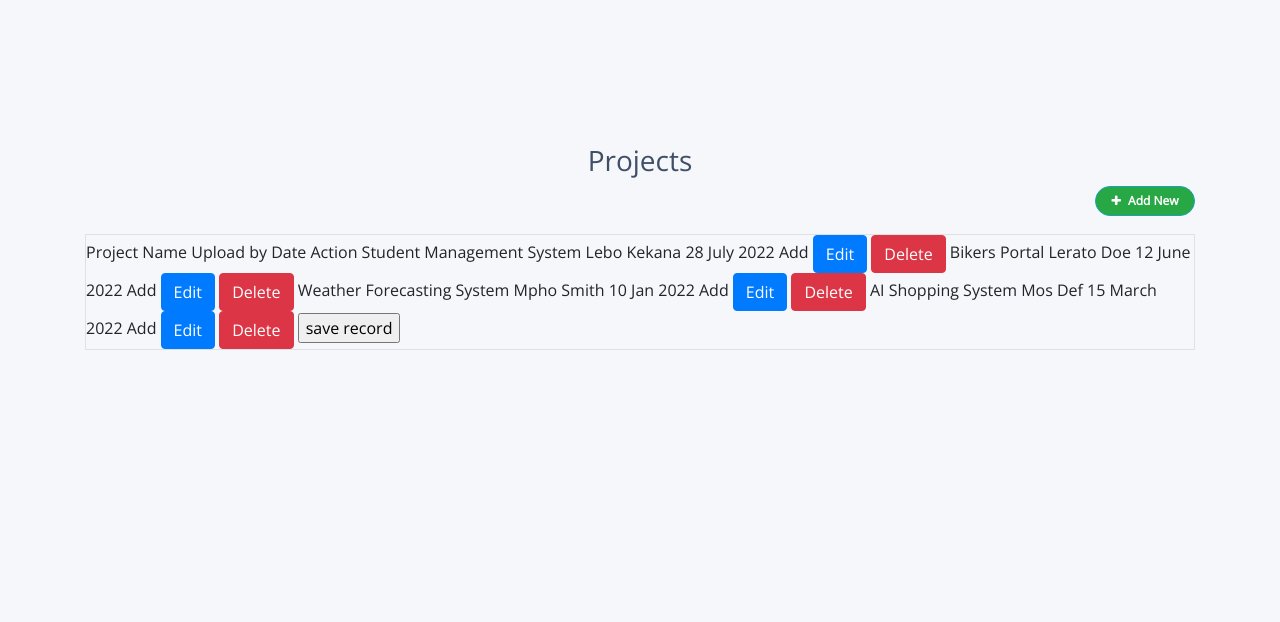
Repository: nkululeko-ndovela/Django_App
Page: Project/templates/index.html
The author's editor kept a copy of each file at every save. The page is drawn from the files as they stood at one save, then again after the next save.
The browser window is 1280 px wide. The pictures show the whole page.
Some web fonts or font styles are not loaded; a fallback is used. The template is drawn by Django 3.2. The application's start-up code is not run. The template is opened directly, without the code that normally fills it, so the values that code supplies are empty.

Above is the page before, as saved 2021-10-20 09:01:26.

After the next save:
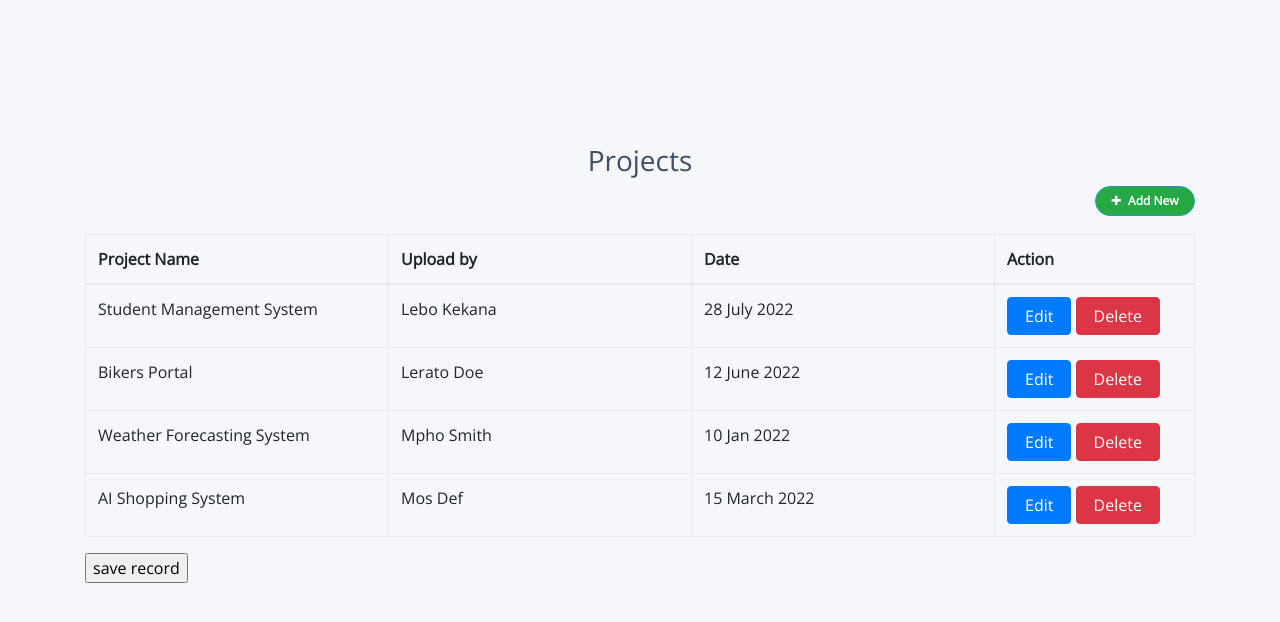
Saved 4 s later.
--- a/Project/templates/index.html
+++ b/Project/templates/index.html
@@ -159,7 +159,7 @@ $(document).ready(function(){
                     </div><br><br>
 
             </div>
-            <form method="POST"
+            <form method="POST"></form>
             <table class="table table-bordered">
                 {% csrf_token %}
                 <thead>
